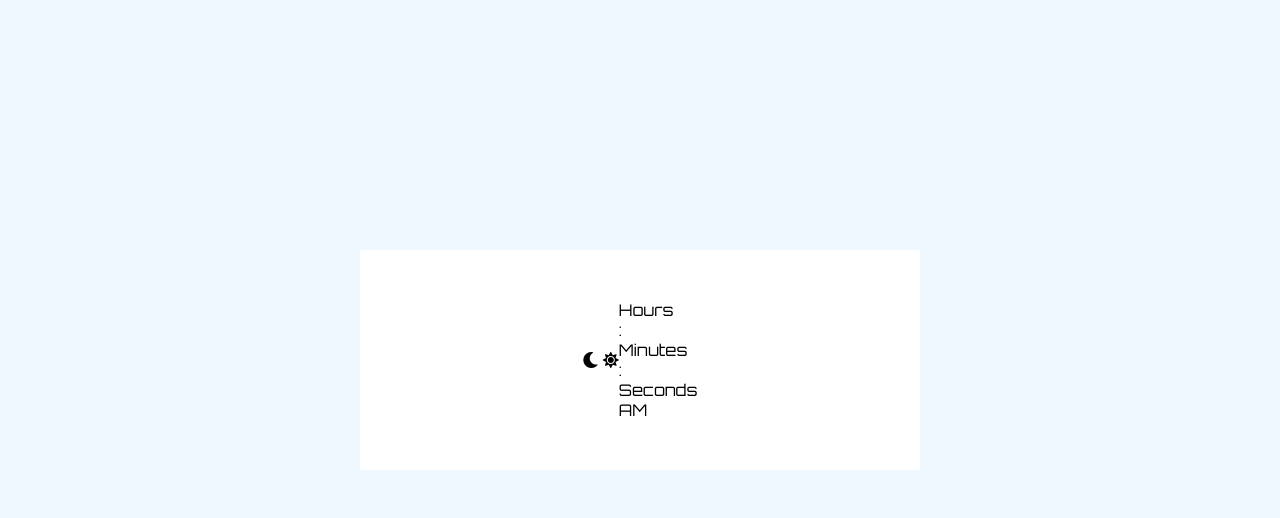
Repository: Seva2705/Clock
Page: index.html
These files come from the project's save history. The page is drawn as it stood at one moment and after the next save; the edit follows.
The browser window is 1280 px wide. The pictures show the whole page.

Above is the page before, as saved 2023-08-06 19:31:24.

### index.html
<!DOCTYPE html>
<html lang="en">
<head>
    <meta charset="UTF-8">
    <meta http-equiv="X-UA-Compatible" content="IE=edge">
    <meta name="viewport" content="width=device-width, initial-scale=1.0">
    <title>Clock</title>
    <link rel='stylesheet' href='https://cdnjs.cloudflare.com/ajax/libs/font-awesome/5.15.4/css/all.min.css'>
    <link rel="stylesheet" href="style.css">
</head>
<body>
    <section>

        <div class="container">
            <div class="icons">
                <i class="fas fa-moon"></i>
                <i class="fas fa-sun"></i>
            </div>
            <div class="time">
                <div class="time-colon">
                    <div class="time-text">
                        <span class="num hour_num"></span>
                        <span class="text">Hours</span>
                    </div>
                    <span class="colon">:</span>
                </div>
                <div class="time-colon">
                    <div class="time-text">
                        <span class="num min_num"></span>
                        <span class="text">Minutes</span>
                    </div>
                    <span class="colon">:</span>
                </div>
                <div class="time-colon">
                    <div class="time-text">
                        <span class="num sec_num"></span>
                        <span class="text">Seconds</span>
                    </div>
                    <span class="am_pm">AM</span>
                </div>
            </div>
        </div>
    </section>


    <script src="script.js"></script>

</body>
</html>

### style.css
@import url('https://fonts.googleapis.com/css2?family=Orbitron:wght@400;500;600;700&display=swap');


* {
    margin: 0;
    padding: 0;
    box-sizing: border-box;
    font-family: 'Orbitron', sans-serif;
    transition: all 0.4s ease;
}

section {
    min-height: 100vh;
    width: 100%;
    display: flex;
    align-items: center;
    justify-content: center;
    background: #F0F8FF;
    padding: 0 20px;
}

section.dark {
    background: #24292D;
}

.container {
    display: flex;
    align-items: center;
    justify-content: center;
    height: 220px;
    max-width: 560px;
    width: 100%;
    background: #fff;
    box-shadow: 0 5px 10px rgba(0, 0, 0, alpha);
}

Loaded but not shown: script.js (no copy from this time; the picture is the same without it)

After the next save:
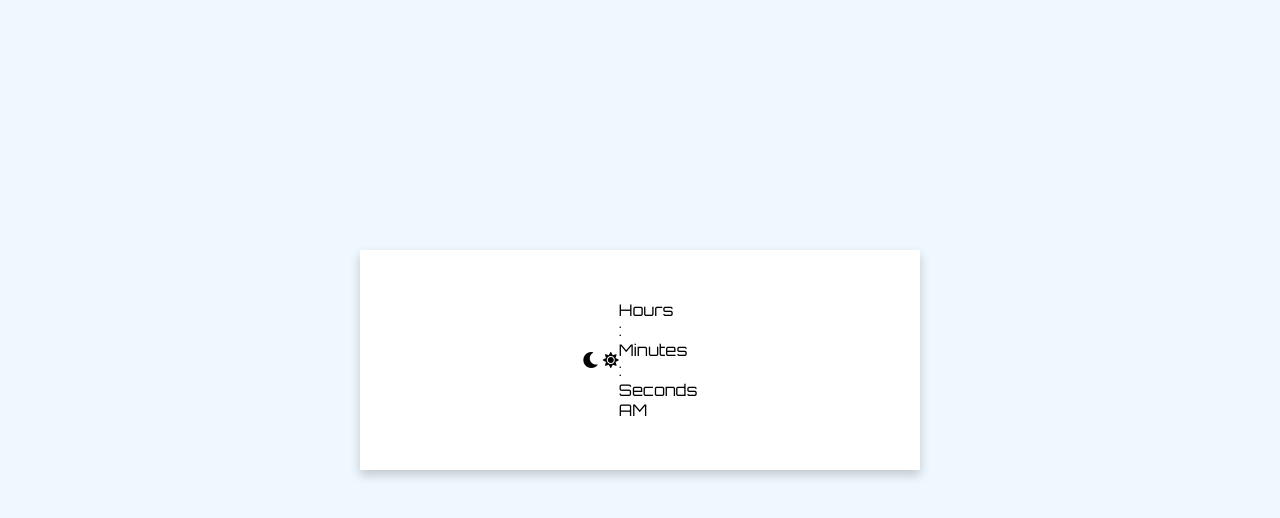
Saved 7 s later.
--- a/style.css
+++ b/style.css
@@ -31,5 +31,5 @@ section.dark {
     max-width: 560px;
     width: 100%;
     background: #fff;
-    box-shadow: 0 5px 10px rgba(0, 0, 0, alpha);
+    box-shadow: 0 5px 10px rgba(0, 0, 0, 0.2);
 }
